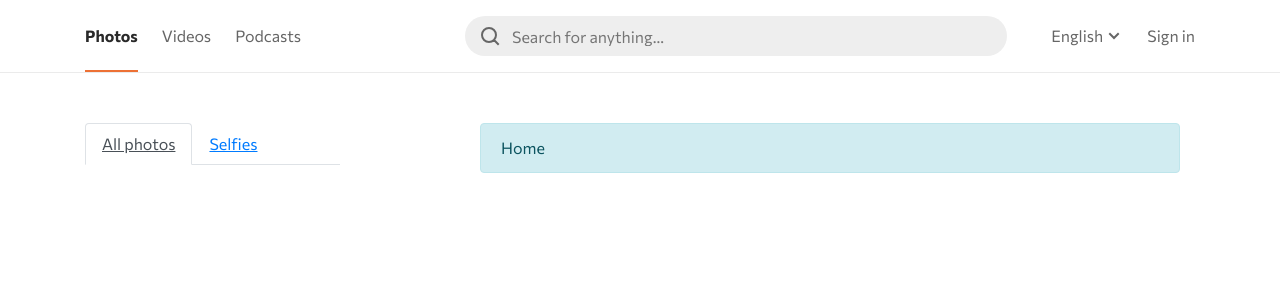
Repository: densavi/djinni
Page: index.html
The author's editor kept a copy of each file at every save. The page is drawn from the files as they stood at one save, then again after the next save.
The browser window is 1280 px wide. The pictures show the whole page.
The style sheet was rebuilt from its Sass, Less or Tailwind sources for each picture, by a compiler version that may differ from the author's.

Above is the page before, as saved 2023-04-10 23:27:18.

After the next save:
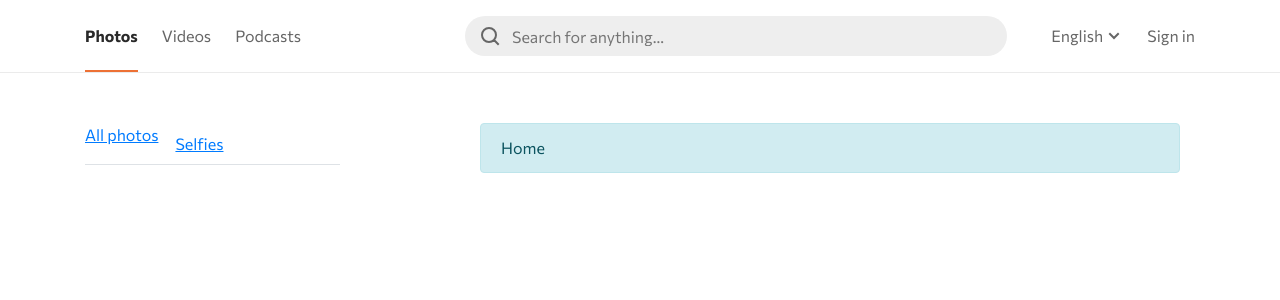
Saved 14 s later.
--- a/index.html
+++ b/index.html
@@ -59,8 +59,8 @@
       <div class="row d-flex justify-content-between">
         <div class="col-3 sidebar">
           <ul class="nav nav-tabs">
-            <li class="nav-item">
-              <a class="nav-link active" data-toggle="tab" href="#all-photos">All photos</a>
+            <li class="sidebar__item">
+              <a class="sidebar__link active" data-toggle="tab" href="#all-photos">All photos</a>
             </li>
             <li class="nav-item">
               <a class="nav-link" data-toggle="tab" href="#contact">Selfies</a>
